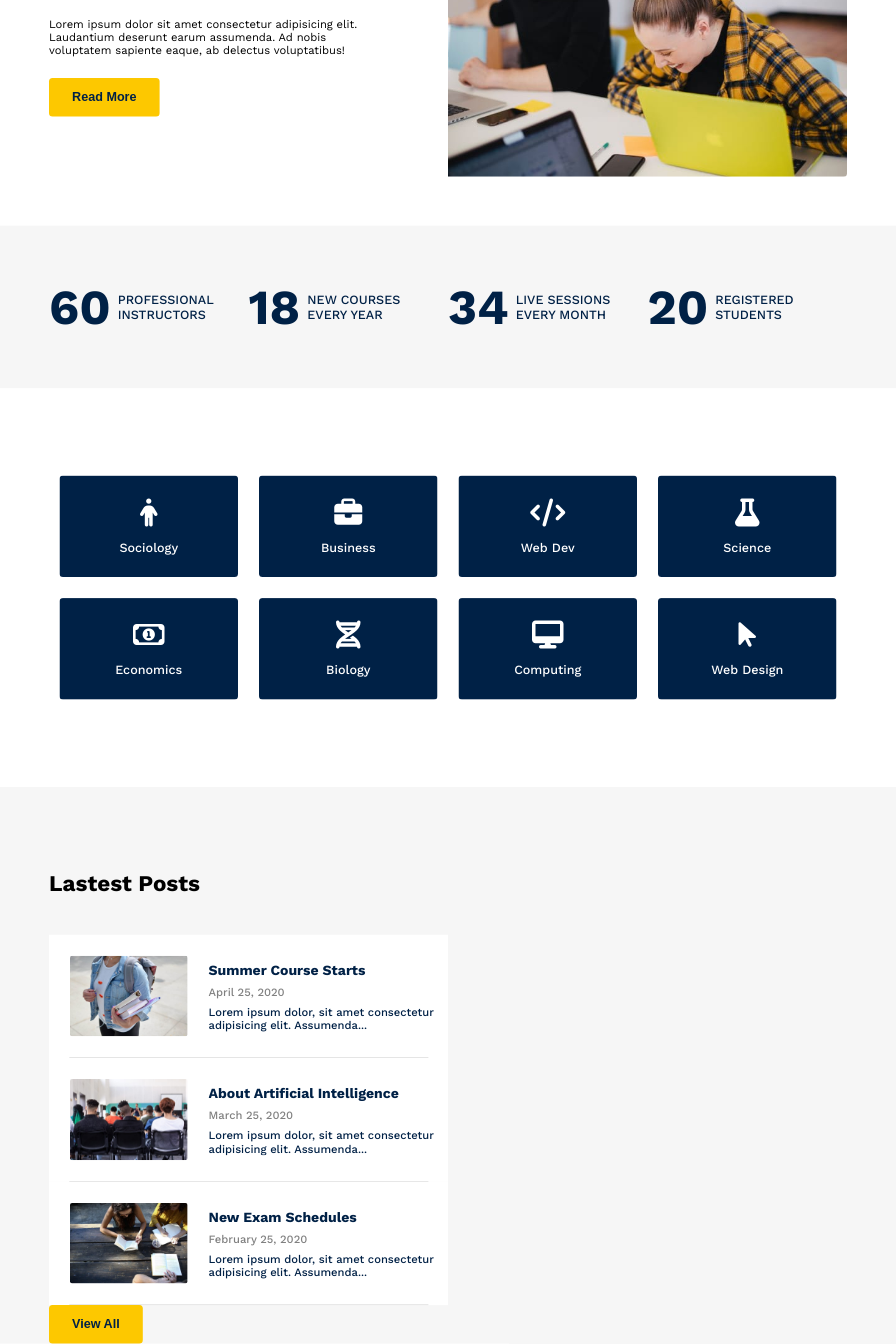
Repository: giahuy405/BC38__Mastery__Pham_Gia_Huy
Page: index.html
The author's editor kept a copy of each file at every save. The page is drawn from the files as they stood at one save, then again after the next save.
The browser window is 1280 px wide. The pictures show the part of the page from y = 908 to 2828 px (the page is 2828 px tall), at 70% of full size.

Above is the page before, as saved 2022-09-10 12:54:31.

### index.html
<!DOCTYPE html>
<html lang="en">
<head>
    <meta charset="UTF-8">
    <meta http-equiv="X-UA-Compatible" content="IE=edge">
    <meta name="viewport" content="width=device-width, initial-scale=1.0">
    <title>Document</title>
    <link href="https://fonts.googleapis.com/css2?family=Montserrat:wght@300;400;500;700;900&family=Work+Sans:wght@300;400;500;700&display=swap" rel="stylesheet">
    <link rel="stylesheet" href="https://cdnjs.cloudflare.com/ajax/libs/font-awesome/6.2.0/css/all.min.css">
    <link rel="stylesheet" href="./css/index.css">
</head>
<body>
    <header>
        <div class="container">
            <i class="fa-solid fa-pen-to-square"></i>
            <div class="header__title">
                <h1>Mastery</h1>
            </div>
        </div>
    </header>
    <nav>
        <div class="container">
            <ul>
                <li><div class="wrapper"><span class="square individual"><a class="ninth before after"  href="#">Home</a></span></div></li>
                <li><div class="wrapper"><span class="square individual"><a class="ninth before after"  href="#">About</a></span></div></li>
                <li><div class="wrapper"><span class="square individual"><a class="ninth before after"  href="#">Services</a></span></div></li>
                <li><div class="wrapper"><span class="square individual"><a class="ninth before after"  href="#">Contact</a></span></div></li>
            </ul>
        </div>
    </nav>
    <div class="carousel">
        <img src="./img/carousel__website.png" alt="">
    </div>
    <div class="welcome container">
        <div class="welcome__content">
            <h1>Welcome To Our Campus</h1>
            <p>Lorem ipsum dolor sit amet consectetur adipisicing elit. Quasi est saepe possimus quisquam dolor ducimus blanditiis, eius fugit ab beatae reprehenderit, inventore earum rerum. Quis nostrum voluptatibus vel quisquam soluta.</p>

            <p>Lorem ipsum dolor sit amet consectetur adipisicing elit. Laudantium deserunt earum assumenda. Ad nobis voluptatem sapiente eaque, ab delectus voluptatibus!</p>
            <button>Read More</button>
        </div>
        <div class="welcome__img">
            <img src="./img/g1.jpg" alt="">
        </div>
        <div class="clear"></div>
    </div>
    <div class="information">
       <div class="container">
            <div class="information__content">
                <div class="information__title">
                    <h1>60</h1>
                </div>
                <div class="information__desc">
                    <p>PROFESSIONAL</p>
                    <p>INSTRUCTORS</p>
                </div>
                <div class="clear"></div>
            </div>
            <div class="information__content">
                <div class="information__title">
                    <h1>18</h1>
                </div>
                <div class="information__desc">
                    <p>NEW COURSES</p>
                    <p>EVERY YEAR</p>
                </div>
                <div class="clear"></div>
            </div>
            <div class="information__content">
                <div class="information__title">
                    <h1>34</h1>
                </div>
                <div class="information__desc">
                    <p>LIVE SESSIONS</p>
                    <p>EVERY MONTH</p>
                </div>
                <div class="clear"></div>
            </div>
            <div class="information__content">
                <div class="information__title">
                    <h1>20</h1>
                </div>
                <div class="information__desc">
                    <p>REGISTERED</p>
                    <p>STUDENTS</p>
                </div>
                <div class="clear"></div>
            </div>
            <div class="clear"></div>
       </div>
    </div>
    <div class="cards">
        <div class="container">
            <div class="cards-top">
                <div class="card">
                    <a href="#">
                        <div class="card__item">
                            <i class="fa-solid fa-person"></i>
                            <p>Sociology</p>
                        </div>
                    </a>
                </div>
                <div class="card">
                    <a href="#">
                        <div class="card__item">
                            <i class="fa-solid fa-briefcase"></i>
                            <p>Business</p>
                        </div>
                    </a>
                </div>
                <div class="card">
                   <a href="#">
                        <div class="card__item">
                            <i class="fa-solid fa-code"></i>
                            <p>Web Dev</p>
                        </div>
                   </a>
                </div>
                <div class="card">
                   <a href="#">
                        <div class="card__item">
                            <i class="fa-solid fa-flask"></i>
                            <p>Science</p>
                        </div>
                   </a>
                </div>
                <div class="clear"></div>
            </div>
            <div class="card-bottom">
                <div class="card">
                    <a href="#">
                        <div class="card__item">
                            <i class="fa-regular fa-money-bill-1"></i>
                            <p>Economics</p>
                        </div>
                    </a>
                </div>
                <div class="card">
                   <a href="#">
                        <div class="card__item">
                            <i class="fa-solid fa-dna"></i>
                            <p>Biology</p>
                        </div>
                   </a>
                </div>
                <div class="card">
                    <a  href="#">
                        <div class="card__item">
                            <i class="fa-solid fa-desktop"></i>
                            <p>Computing</p>
                        </div>
                    </a>
                </div>
                <div class="card">
                    <a href="#">
                        <div class="card__item">
                            <i class="fa-solid fa-arrow-pointer"></i>
                            <p>Web Design</p>
                        </div>
                    </a>
                </div>
                <div class="clear"></div>
            </div>
        </div>
    </div>
    <div class="news">
        <div class="container">
            <div class="news__lastest-post">
                <h1>Lastest Posts</h1>
                <div class="lastest-post__items">
                    <div class="lastest-post__item">
                        <a href="#">
                            <img src="./img/g9.jpg" alt="">
                            <div class="lastest-post__desc">
                                <h2 >Summer Course Starts</h2>
                                <p class="lastest-post__time">April 25, 2020</p>
                                <p>Lorem ipsum dolor, sit amet consectetur adipisicing elit. Assumenda...</p>
                            </div>
                            <div class="clear"></div>
                        </a>
                        <hr noshade >
                    </div>
                    <div class="lastest-post__item">
                        <a href="#">
                            <img src="./img/g10.jpg" alt="">
                            <div class="lastest-post__desc">
                                <h2>About Artificial Intelligence</h2>
                                <p class="lastest-post__time">March 25, 2020</p>
                                <p>Lorem ipsum dolor, sit amet consectetur adipisicing elit. Assumenda...</p>
                            </div>
                            <div class="clear"></div>
                        </a>
                        <hr noshade >
                    </div>

                    <div class="lastest-post__item">
                        <a href="#">
                            <img src="./img/g8.jpg" alt="">
                            <div class="lastest-post__desc">
                                <h2>New  Exam Schedules</h2>
                                <p class="lastest-post__time">February 25, 2020</p>
                                <p>Lorem ipsum dolor, sit amet consectetur adipisicing elit. Assumenda...</p>
                            </div>
                            <div class="clear"></div>
                        </a>
                        <hr noshade >
                    </div>

                </div>
                <button class="news__button">View All</button>
            </div>
            <div class="news__upcoming__events">

            </div>
            <div class="clear"></div>
        </div>
    </div>

</body>
</html>

### css/index.css
*{
    padding: 0;
    margin: 0;
    box-sizing: border-box;
}
.clear{
    clear: both;
}
html{
    font-size: 16px;
    font-family: 'Work Sans', sans-serif;
}
.container{
    width: 1140px;
    margin: 0 auto;
}
header{
    position: relative;
    margin-top: 15px;
}
.header__title{
    display: inline-block;
     position: absolute;
     top: -4px;
    left: 160px;
}
.header__title h1{
    font-size: 35px;
    color: #1b1d2d;
}
header i{
    background-color: #002146;
    height: 36px;
    width: 36px;
    border-radius: 50%;
    color: #fdc800;
    text-align: center;
    padding-top: 9px;

}
nav ul{
    list-style: none;
    margin-top: 15px;
    margin-left: 18px;

}
nav li{
    display: inline;
    margin-right: 30px;
}

 /*  Hover for Navigation bar */
.wrapper{
    margin:2em 0;
    display: inline;
    font-size: 7px;
}
 a, a:visited, a:hover, a:active{
    -webkit-backface-visibility:hidden;
            backface-visibility:hidden;
      position:relative;
    transition:0.5s color ease;
      text-decoration:none;
      color:#002146;
      font-size:2px;
      font-weight: 500;
}
 a:hover{
    color:#fdc800;
}
 a.before:before, a.after:after{
content: "";
transition:0.5s all ease;
-webkit-backface-visibility:hidden;
        backface-visibility:hidden;
position:absolute;
}
 a.before:before{
top:-0.25em;
}
 a.after:after{
bottom:-0.25em;
}
 a.before:before, a.after:after{
height:5px;
height:0.2rem;
width:0;
background:#fdc800;
}
 a.first:after{
left:0;
}
 a.second:after{
right:0;
}
 a.third:after, a.sixth:before, a.sixth:after{
left:50%;
-webkit-transform:translateX(-50%);
        transform:translateX(-50%);
}
a.fourth:before, a.fourth:after{
left:0;
}
 a.fifth:before, a.fifth:after{
right:0;
}
 a.seventh:before{
right:0;
}
 a.seventh:after{
left:0;
}
 a.eigth:before{
left:0;
}
 a.eigth:after{
right:0;
}
a.before:hover:before, a.after:hover:after{
width:100%;
}
.square{
box-sizing:border-box;
margin-left:-0.4em;
position:relative;
font-size:2.5em;
overflow:hidden;
}
.square a{
position:static;
font-size:100%;
padding:0.2em 0.4em;
}
.square:before,.square:after{
content: "";
box-sizing:border-box;
transition:0.25s all ease;
-webkit-backface-visibility:hidden;
        backface-visibility:hidden;
position:absolute;
width: 5px;
width:0.2rem;
height:0;
background:#fdc800;
}
.square:before{
left:0;
bottom:-0.2em;
}
.square.individual:before{
transition-delay:0.6s;
}
.square:after{
right:0;
top:-0.2em;
}
.square.individual:after{
transition-delay:0.2s;
}
.square a:before{
left:0;
transition:0.25s all ease;
}
.square a:after{
right:0;
transition:0.25s all ease;
}
.square.individual a:after{
transition:0.25s all ease 0.4s;
}
.square:hover:before,.square:hover:after{
height:calc(100% + 0.4em);
}
.square:hover  a:before,.square:hover a:after{
width:100%;
}


/* CAROUSEL / SLIDER */
.carousel{
    width: 100%;
    margin-top: 20px;
}
.carousel img{
max-width: 100%;
height: 597px;
}


/* create WELCOME */
.welcome{
    margin-top: 62px;
    margin-bottom: 66px;
}
.welcome__content h1{
    margin-bottom: 20px;
    color: #1b1d2d;
}
.welcome__content{
    padding-right: 80px;
}
.welcome__content p{
    margin-bottom: 30px;
}
.welcome__content button,.news__button{
    padding: 17px 33px;
    font-size: 18px;
    font-weight:700;
    color: #002146;
    background-color: #fdc800;
    border: none;
    border-radius: 5px;
    cursor: pointer;
    transition: all 0.2s;
}
.welcome__content button:hover,.news__button:hover{
    background-color: #002146;
    color: #fdc800;
    box-shadow: 5px 5px 10px black;
}
.welcome__content,.welcome__img{
    width: 50%;
    float: left;
}
.welcome__img img{
    width: 100%;
    border-top-right-radius: 5px;
    border-bottom-right-radius: 5px;
}


/* create INFORMATION  */
.information{
    background-color: #f6f6f6;
    padding: 75px 0;
    margin-bottom: 110px;
}
.information__content{
    float: left;
    width: 25%;
}
.information__content h1{
    display: inline-block;
    font-size: 70px;
    color: #002146;

}
.information__title,.information__desc{
    float: left;
}
.information__desc p:first-child{
    margin-top:20px;
}
.information__desc p{
    margin-left: 10px;
    font-size: 18px;
    color: #002146;
    font-weight: 500;
}


/* create CARDS */
.cards{
    margin-bottom: 110px;
}
.card{
    float: left;
    width: 25%;
    text-align: center;
    padding: 15px;
}
.card__item{
    background-color: #002146;
    padding: 32px 50px;
    border-radius: 5px;
}
.card__item i{
    color: white;
    font-size: 40px;
}
.card__item p{
    color: white;
    font-size: 18px;
    margin-top: 20px;
}
.card a{
    cursor: pointer;
    transition: all 0.2s;
}
.card a:hover{
    opacity: 0.7;
}
.card:hover{
    box-shadow: 1px 1px 10px  black;
    border-radius: 5px;
}


/* NEWS */
.news{
    padding-top: 118px;
    background-color: #f6f6f6;
}
.news h1:first-child{
    margin-bottom: 55px;
}
.news__lastest-post,.news__upcoming__events{
    float: left;
    width: 50%;
}
.lastest-post__item{
    background-color: white;
}
.lastest-post__item img{
    width: 158px;
    border: 30px solid transparent;
    border-radius: 33px;
}
.lastest-post__item a img{
    float: left;
    width: 40%;
}
.lastest-post__desc{
    float: left;
    width: 60%;
    padding-top: 38px;
}
.lastest-post__item hr{
    width:90%;
    margin: 0 auto;
    background-color: rgb(218, 218, 218);
    height: 1px;
    border: none;
}
.lastest-post__item a{
    font-size: 20px;
    color: #002146;
}
.lastest-post__item a .lastest-post__desc  h2{
    font-size: 20px;
}
.lastest-post__item a .lastest-post__desc p{
    font-size: 16px;
}
 .lastest-post__time{
    font-size: 16px;
    color: gray;
    margin: 10px 0;
}
.lastest-post__item:hover{
    box-shadow: 0px 0px 10px black;
    margin-bottom: 5px;
    margin-top: 5px;
    transition: all 0.3s;
}

After the next save:
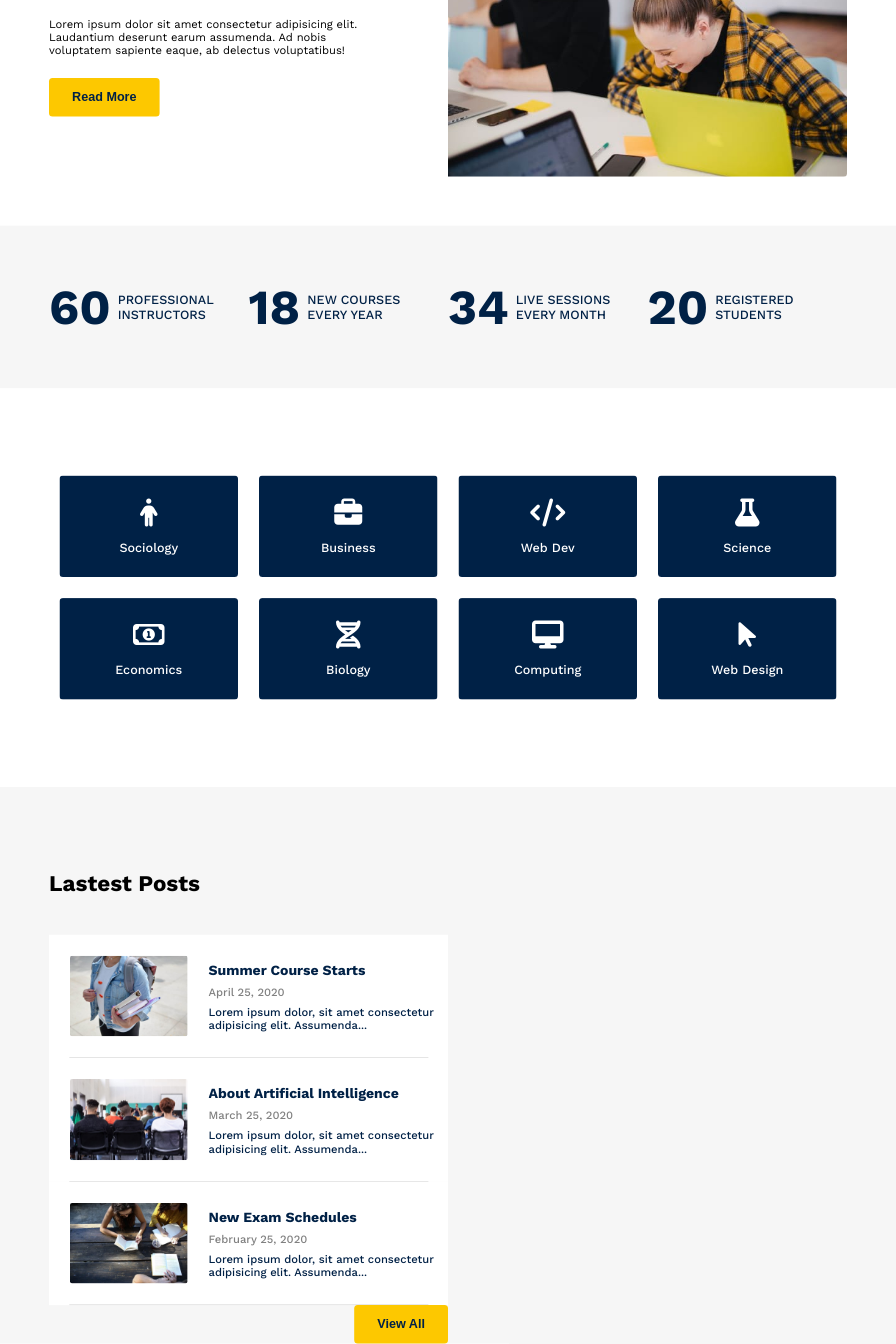
Saved 48 s later.
--- a/css/index.css
+++ b/css/index.css
@@ -353,3 +353,6 @@ height: 597px;
     margin-top: 5px;
     transition: all 0.3s;
 }
+.news__button{
+    float: right;
+}
